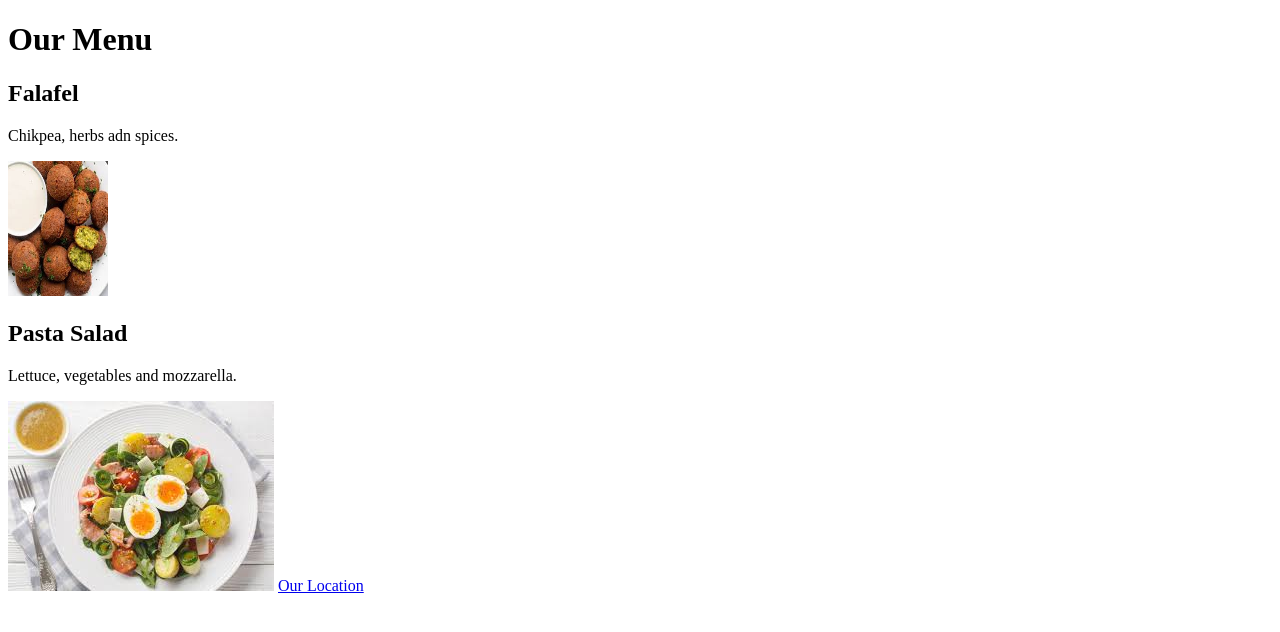
Repository: GiraldoNainggolan/Meta-Coursera
Page: Pengembang Front-End Meta/Modul 2/Mencoba/index.html
These files come from the project's save history. The page is drawn as it stood at one moment and after a run of saves; the edit follows.
The browser window is 1280 px wide. The pictures show the whole page.

Above is the page before, as saved 2025-01-26 00:08:53.

### Pengembang Front-End Meta/Modul 2/Mencoba/index.html
<!DOCTYPE html>
<html>
    <head>
        <title> Title Lemon</title>
    </head>
    <body>
        <h1>Our Menu</h1>
        <h2>Falafel</h2>
        <p>Chikpea, herbs adn spices.</p>
        <img src="falavel.jpg" alt="gambar" width="100px" height="135">
        <h2>Pasta Salad</h2>
        <p>Lettuce, vegetables and mozzarella.</p>
        <img src="salad.jpg" alt="Salad">
        <a href="location.html">Our Location</a>
    </body>
</html>

After the next 2 saves:
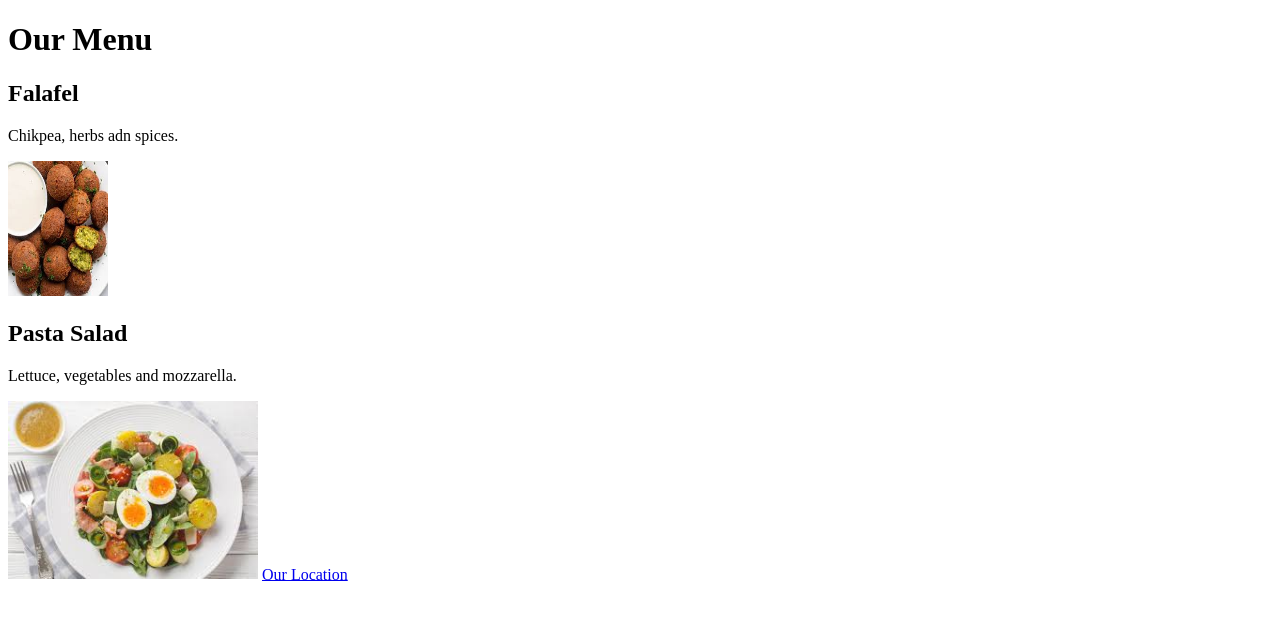
The 2 saves are shown as one change because they came seconds apart.
The last was saved 6 s later.
--- a/Pengembang Front-End Meta/Modul 2/Mencoba/index.html
+++ b/Pengembang Front-End Meta/Modul 2/Mencoba/index.html
@@ -10,7 +10,7 @@
         <img src="falavel.jpg" alt="gambar" width="100px" height="135">
         <h2>Pasta Salad</h2>
         <p>Lettuce, vegetables and mozzarella.</p>
-        <img src="salad.jpg" alt="Salad">
+        <img src="salad.jpg" alt="Salad" width="250">
         <a href="location.html">Our Location</a>
     </body>
 </html>
